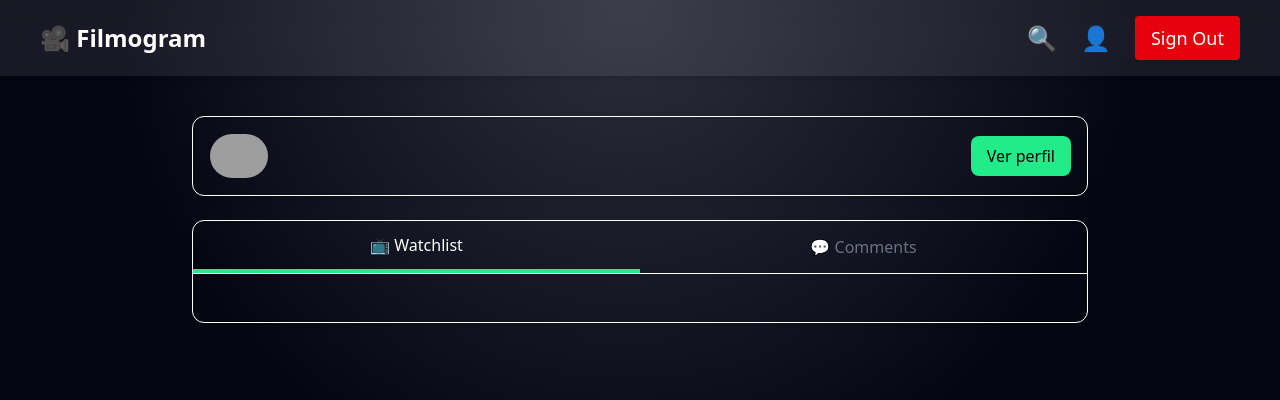
Repository: Leoonard1507/proyecto-final
Page: /client-profile
These files come from the project's save history. The page is drawn as it stood at one moment and after the next save; the edit follows.
The browser window is 1280 px wide. The pictures show the whole page.
Pictures or frames that could not be fetched are drawn as grey boxes. The page's requests for data from a server got no answer. The project was rebuilt for these pictures with package versions that can differ from the ones it lists, and the page was loaded fresh each time. The framework's server and built-in components were replaced by stand-ins that run in the browser. No one was signed in, and anything a server would have sent is missing. Also part of the build but not shown: next.config.ts, src/app/components/profileSections/userWatchlist.tsx, src/app/components/profileSections/userComments.tsx, src/libs/axios.ts, src/app/components/profileSections/searchFavsEdit.tsx, src/app/components/profileSections/addFavoritesModal.tsx, src/app/components/profileSections/FavMoviesList.tsx.

Above is the page before, as saved 2025-05-23 14:39:35.

### src/app/layout.tsx
// app/layout.tsx
"use client";

import { SessionProvider } from "next-auth/react";
import "../styles/globals.css";
import { ToastContainer } from 'react-toastify';
import 'react-toastify/dist/ReactToastify.css';


export default function RootLayout({ children }: { children: React.ReactNode }) {
  return (
    <html lang="es">
      <head>
        <title>Filmogram</title>
        <meta name="description" content="Gestiona tu perfil en El Santuario." />
      </head>
      <body className="flex flex-col text-white antialiased">
        {/* Fondo con contenedor dedicado */}
        <div className="min-h-screen w-full bg-radial-pattern">
          <SessionProvider>{children}</SessionProvider>
        </div>
        <ToastContainer />
      </body>
    </html>
  );
}

### src/app/client-profile/page.tsx
"use client";

import { useState, useEffect } from "react";
import { useSession } from "next-auth/react";
import Image from "next/image";
import Navbar from "@/app/components/Navbar";
import { toast } from "react-toastify";
import Watchlist from "../components/profileSections/userWatchlist";
import Comments from "../components/profileSections/userComments";
import FavoriteMoviesSection from "../components/profileSections/addFavoritesModal"; //para elegir favs
import FavoriteMoviesList from "../components/profileSections/FavMoviesList"; //para mostrar las favs en el perfil

export default function ProfilePage() {
  const { data: session } = useSession();
  const [name, setName] = useState("");
  const [nickname, setNickname] = useState("");
  const [usermail, setUsermail] = useState("");
  const [role, setRole] = useState("");
  const [birthdate, setBirthdate] = useState("");
  const [loading, setLoading] = useState(false);
  const [isModalOpen, setIsModalOpen] = useState(false);
  const [description, setDescription] = useState("");
  const [avatar, setAvatar] = useState("");
  const [userId, setUserId] = useState("");
  const [showDetails, setShowDetails] = useState(false);
  const [isPasswordModalOpen, setIsPasswordModalOpen] = useState(false);
  const [currentPassword, setCurrentPassword] = useState("");
  const [newPassword, setNewPassword] = useState("");
  const [repeatPassword, setRepeatPassword] = useState("");
  const [activeTab, setActiveTab] = useState('watchlist');
  //const [favoriteMovies, setFavoriteMovies] = useState<any[]>([]);


  useEffect(() => {
    if (session?.user?.id) {
      setUserId(session.user.id);
      fetchUserData(session.user.id);
    }
  }, [session]);

  const fetchUserData = async (userId: string) => {
    try {
      const res = await fetch(`/api/user/${userId}`);
      if (!res.ok) throw new Error("No se pudo obtener el usuario");
      const user = await res.json();

      setName(user.name || "");
      setUsermail(user.email || "");
      setRole(user.role || "");
      setBirthdate(user.birthdate || "");
      setNickname(user.nickName || "");
      setDescription(user.description || "");
      setAvatar(user.avatar || `https://api.dicebear.com/7.x/bottts/png?seed=${user.id}`);

      //setFavoriteMovies(user.favorites || []);

    } catch (error) {
      console.error("Error al cargar datos del usuario:", error);
    }
  };

  const updateUserProfile = async () => {
    setLoading(true);
    const dataToSend = {
      nickname,
      name,
      email: usermail,
      role,
      description,
      birthdate,
      avatar,
      currentPassword,
      newPassword,
      //favorites: favoriteMovies,
    };

    const response = await fetch("/api/user/update", {
      method: "POST",
      headers: { "Content-Type": "application/json" },
      body: JSON.stringify(dataToSend),
    });

    if (!response.ok) {
      const errorData = await response.json();
      console.error("Error en la respuesta:", errorData);
      throw new Error("Error al actualizar el perfil");
    }

    const responseData = await response.json();
    toast(responseData.message);

    setIsModalOpen(false);
    await fetchUserData(userId);
    setLoading(false);
  };

  const handleSubmit = (e: React.FormEvent) => {
    e.preventDefault();
    updateUserProfile();
  };

  return (
    <div className="min-h-screen text-white">
      {/* Navbar */}
      <Navbar />
      {/* Contenedor de perfil */}

      <div className="max-w-4xl mx-auto mt-10 space-y-6">
        {/* Perfil compacto */}
        <div className="flex items-center justify-between border rounded-xl shadow-md p-4">
          <div className="flex items-center space-x-4">
            <Image
              src={avatar || 'https://api.dicebear.com/7.x/bottts/png?seed=default'}
              alt="Avatar"
              width={60}
              height={60}
              className="rounded-full border"
            />
            <span className="text-xl font-semibold">{nickname}</span>
          </div>
          <button
            onClick={() => setShowDetails(prev => !prev)}
            className="bg-[#22ec8a] text-black px-4 py-2 rounded-lg hover:opacity-70 transition"
          >
            {showDetails ? 'Ocultar perfil' : 'Ver perfil'}
          </button>
        </div>

        {/* Perfil detallado */}
        {showDetails && (
          <div className="border rounded-xl shadow-inner p-6 space-y-6">
            <div className="grid grid-cols-1 sm:grid-cols-2 gap-4">
              <ProfileField label="Nombre completo" value={name} />
              <ProfileField label="Correo" value={usermail} />
              <ProfileField label="Fecha de nacimiento" value={birthdate} />
              <ProfileField label="Rol" value={role} />
              <div className="sm:col-span-2">
                <ProfileField label="Descripción" value={description} />
              </div>
            </div>
            <div className="flex space-x-4">
              <button
                type="button"
                disabled={loading}
                onClick={() => setIsModalOpen(true)}
                className="bg-[#22ec8a] text-black px-4 py-2 rounded-md hover:opacity-70 transition"
              >
                Editar perfil
              </button>
              <button
                type="button"
                disabled={loading}
                onClick={() => setIsPasswordModalOpen(true)}
                className="bg-gray-200 text-gray-800 px-4 py-2 rounded-md hover:bg-gray-300 transition"
              >
                Cambiar contraseña
              </button>
            </div>
          </div>
        )}
        {/* Mostrar las favoritas */}
        {userId && (
          <div className="border rounded-xl shadow-md p-6 mt-6">
            <FavoriteMoviesList userId={userId} />
          </div>
        )}


        {/* Tabs para mostrar contenido */}
        <div className="border rounded-xl shadow-md">
          <div className="flex border-b">
            <button
              onClick={() => setActiveTab('watchlist')}
              className={`flex-1 py-3 text-center font-medium ${activeTab === 'watchlist' ? 'border-b-4 border-[#22ec8a] text-bg-[#22ec8a]' : 'text-gray-500 hover:text-blue-600'}`}
            >
              📺 Watchlist
            </button>
            <button
              onClick={() => setActiveTab('comments')}
              className={`flex-1 py-3 text-center font-medium ${activeTab === 'comments' ? 'border-b-4 border-blue-600 text-blue-600' : 'text-gray-500 hover:text-blue-600'}`}
            >
              💬 Comments
            </button>
          </div>
          <div className="p-6">
            {activeTab === 'watchlist' && userId && <Watchlist userId={userId} />}
            {activeTab === 'comments' && userId && <Comments userId={userId} />}
          </div>
        </div>
      </div>
      {/* Modal cambiar contraseña */}
      {isPasswordModalOpen && (
        <div className="fixed inset-0 bg-black bg-opacity-40 flex justify-center items-center z-50">
          <div className="bg-white text-black p-8 rounded-lg max-w-md w-full relative shadow-lg">
            <button
              onClick={() => setIsPasswordModalOpen(false)}
              className="absolute top-3 right-3 text-gray-600 hover:text-gray-800 text-xl"
            >
              ✖
            </button>

            <h2 className="text-2xl font-bold mb-5">Change Password</h2>

            <form
              onSubmit={async (e) => {
                e.preventDefault();
                if (newPassword !== repeatPassword) {
                  alert("Las contraseñas nuevas no coinciden.");
                  return;
                }

                try {
                  await updateUserProfile();
                  setIsPasswordModalOpen(false);
                  setCurrentPassword("");
                  setNewPassword("");
                  setRepeatPassword("");
                } catch (err) {
                  alert(err);
                  console.error(err);
                }
              }}
              className="space-y-4"
            >
              <Input
                label="Current password"
                value={currentPassword}
                onChange={setCurrentPassword}
                type="password"
              />
              <Input
                label="New password"
                value={newPassword}
                onChange={setNewPassword}
                type="password"
              />
              <Input
                label="Repeat new password"
                value={repeatPassword}
                onChange={setRepeatPassword}
                type="password"
              />

              <button
                type="submit"
                className="bg-blue-600 text-white w-full p-2 rounded-lg hover:bg-blue-700 transition"
              >
                Save New Password
              </button>
            </form>
          </div>
        </div>
      )}


      {/* Modal editar perfil */}
      {isModalOpen && (
        <div className="fixed inset-0 bg-black bg-opacity-40 flex justify-center items-center z-50">
          <div className="bg-white text-black p-6 rounded-lg max-w-xl w-full relative shadow-lg space-y-4">
            <button
              onClick={() => setIsModalOpen(false)}
              className="absolute top-3 right-3 text-gray-600 hover:text-gray-800 text-xl"
            >
              ✖
            </button>

            <h2 className="text-2xl font-bold">Editar perfil</h2>

            <form onSubmit={handleSubmit} className="space-y-4">
              <div>
                <label className="block font-medium mb-1">Avatar</label>
                <div className="flex space-x-3">
                  {['cat', 'robot', 'alien', 'monster', 'Sawyer'].map((type) => {
                    const url = `https://api.dicebear.com/7.x/bottts/png?seed=${type}`;
                    return (
                      <Image
                        key={type}
                        src={url}
                        alt="avatar"
                        width={60}
                        height={60}
                        onClick={() => setAvatar(url)}
                        className={`cursor-pointer rounded-full border-2 ${avatar === url ? 'border-blue-600' : 'border-transparent'
                          }`}
                      />
                    );
                  })}
                </div>
              </div>

              <Input label="Nombre" value={name} onChange={setName} />
              <Input label="Apodo" value={nickname} onChange={setNickname} />
              <Input label="Fecha de nacimiento" value={birthdate} onChange={setBirthdate} />
              <Input label="Descripción" value={description} onChange={setDescription} />



              {/* la sección de películas favoritas */}
              <div>
                <h3 className="font-semibold mb-1">Favorite films</h3>
                {session?.user?.id && (
                  <FavoriteMoviesSection userId={session.user.id} />
                )}

              </div>

              <button
                type="submit"
                className="bg-blue-600 text-white w-full py-2 rounded hover:bg-blue-700 disabled:opacity-50"
                disabled={loading}
              >
                {loading ? 'Saving...' : 'Save Changes'}
              </button>
            </form>
          </div>
        </div>
      )}
    </div>
  );
}

// Componente reutilizable para mostrar campos
function ProfileField({ label, value }: { label: string; value: string }) {
  return (
    <div>
      <label className="block text-sm font-medium text-[#22ec8a] mb-1">{label}</label>
      <p className="text-white border border-gray-700 rounded p-2">{value || "—"}</p>
    </div>
  );
}

// Componente reutilizable de inputs
function Input({
  label,
  value,
  onChange,
  type = "text", // Valor por defecto
}: {
  label: string;
  value: string;
  onChange: (val: string) => void;
  type?: string; // Nuevo prop opcional
}) {
  return (
    <div>
      <label className="block text-sm font-medium mb-1">{label}</label>
      <input
        type={type}
        value={value}
        onChange={(e) => onChange(e.target.value)}
        className="w-full border border-gray-300 p-2 rounded"
      />
    </div>
  );
}

### src/styles/globals.css
@import "tailwindcss";

html, body {
  margin: 0;
  padding: 0;
  box-sizing: border-box;
}

* {
  box-sizing: inherit;
}

/* Fondo radial aplicado sólo a una clase */
.bg-radial-pattern {
  background: radial-gradient(circle at 49% 0, #2d2f3d, #070714 51%, #060613 52%);
  background-repeat: no-repeat;
  background-size: cover;
  background-attachment: fixed;
}

@layer utilities {
  .mask-fade {
    -webkit-mask-image: radial-gradient(circle, rgba(0, 0, 0, 1) 0%, rgba(0, 0, 0, 0) 100%);
    mask-image: radial-gradient(circle, rgba(0, 0, 0, 1) 0%, rgba(0, 0, 0, 0) 100%);
  }
}

/* Para movie-details */
.fade-mask-movie-details {
  -webkit-mask-image: linear-gradient(to bottom, rgba(0, 0, 0, 1) 10%, rgba(0, 0, 0, 0));
  mask-image: linear-gradient(to bottom, rgba(0, 0, 0, 1) 10%, rgba(0, 0, 0, 0));
  -webkit-mask-size: 100% 100%;
  mask-size: 100% 100%;
  -webkit-mask-repeat: no-repeat;
  mask-repeat: no-repeat;
}

.custom-scrollbar {
  scrollbar-width: thick;
  scrollbar-color: #333 #222;
  overflow-x: auto; /* Para el desplazamiento horizontal */
  overflow-y: auto;
}

.custom-scrollbar::-webkit-scrollbar {
  height: 20px;
}

.custom-scrollbar::-webkit-scrollbar-track {
  background: #222;
}

.custom-scrollbar::-webkit-scrollbar-thumb {
  background: #333;
  border-radius: 10px;
}

.custom-scrollbar::-webkit-scrollbar-thumb:hover {
  background: #6b6b6b;
}

### src/app/components/Navbar.tsx
'use client';

import Link from 'next/link';
import { useRouter } from 'next/navigation';

export default function Navbar() {
    const router = useRouter();

    const handleLogout = () => {
        // Aquí podrías limpiar cookies, localStorage, o llamar a un endpoint
        // Por ahora simulamos cierre de sesión redirigiendo al login
        // localStorage.removeItem('token'); (si lo usas)
        router.push('/');
    };

    return (
        <nav className="sticky top-0 z-50 text-white px-10 py-4 flex justify-between items-center shadow-md bg-white/8 backdrop-blur-md">
            <div className="text-2xl font-bold">
                <Link href="/home-page">🎥 Filmogram</Link>
            </div>
            <ul className="flex space-x-6 items-center text-lg">
                <li>
                    <Link href="/search" className="hover:text-red-400 transition text-2xl">🔍</Link>
                </li>
                <li>
                    <Link href="/client-profile" className="hover:text-red-400 transition text-2xl">👤</Link>
                </li>
                <li>
                    <button
                        onClick={handleLogout}
                        className="bg-red-600 px-4 py-2 rounded hover:bg-red-700 transition"
                    >
                        Sign Out
                    </button>
                </li>
            </ul>
        </nav>
    );
}

After the next save:
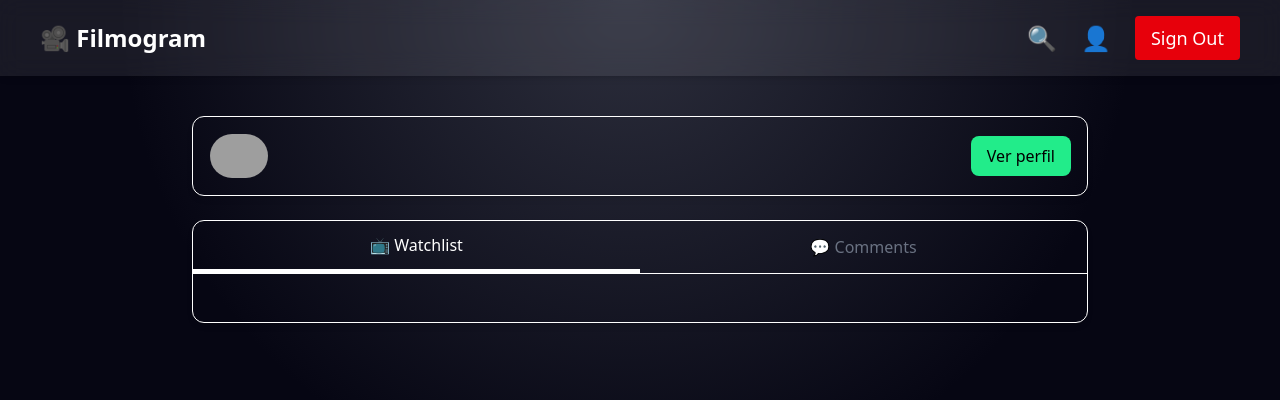
Saved 7 s later.
--- a/src/app/client-profile/page.tsx
+++ b/src/app/client-profile/page.tsx
@@ -171,7 +171,7 @@ export default function ProfilePage() {
           <div className="flex border-b">
             <button
               onClick={() => setActiveTab('watchlist')}
-              className={`flex-1 py-3 text-center font-medium ${activeTab === 'watchlist' ? 'border-b-4 border-[#22ec8a] text-bg-[#22ec8a]' : 'text-gray-500 hover:text-blue-600'}`}
+              className={`flex-1 py-3 text-center font-medium ${activeTab === 'watchlist' ? 'border-b-4 border-#22ec8a text-bg-[#22ec8a]' : 'text-gray-500 hover:text-blue-600'}`}
             >
               📺 Watchlist
             </button>
